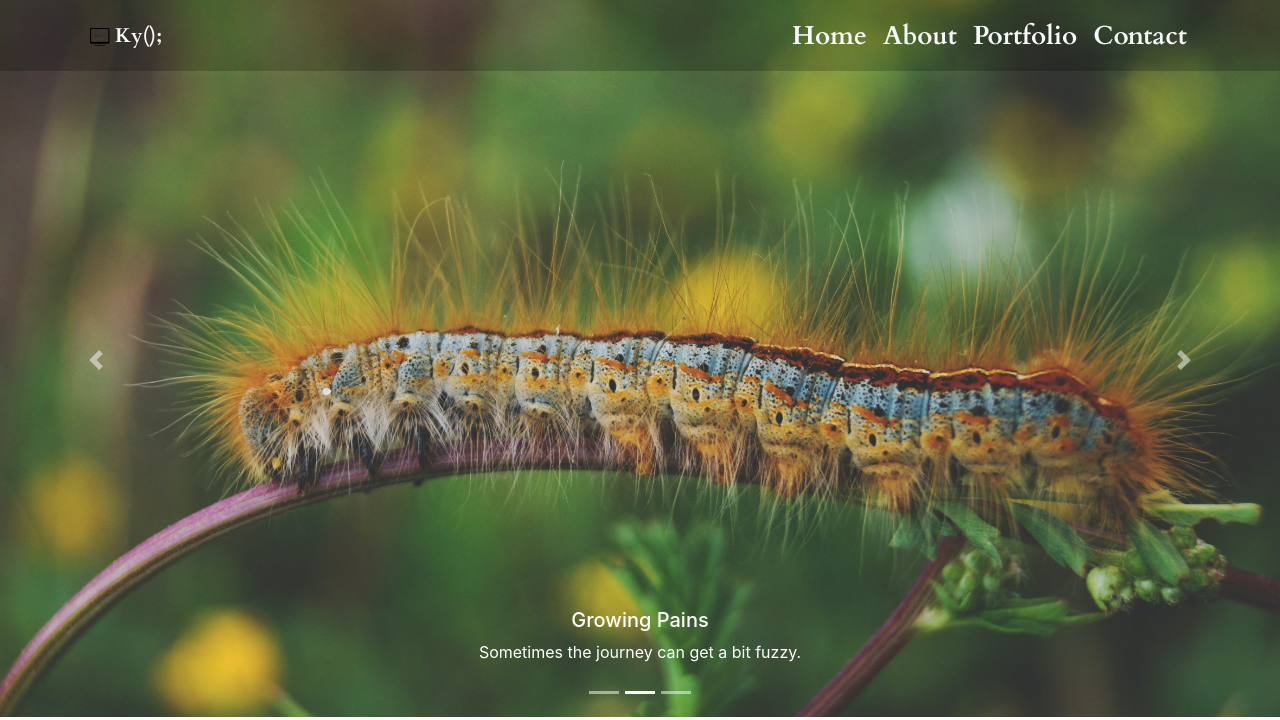
Repository: kkyler24/thekyfunction
Page: index.html
The author's editor kept a copy of each file at every save. The page is drawn from the files as they stood at one save, then again after the next save.
The browser window is 1280 px wide. The pictures show the whole page.
The pointer rests on the first visible `ul li a`.
Some web libraries are served in a nearby version.

Above is the page before, as saved 2020-05-25 16:29:27.

### index.html
<!DOCTYPE html>
<html lang="en">
<head>
    <meta charset="UTF-8">
    <meta name="viewport" content="width=device-width, initial-scale=1.0">
    <!-- bootstrap -->
    <link rel="stylesheet" href="https://maxcdn.bootstrapcdn.com/bootstrap/4.0.0/css/bootstrap.min.css" integrity="sha384-Gn5384xqQ1aoWXA+058RXPxPg6fy4IWvTNh0E263XmFcJlSAwiGgFAW/dAiS6JXm" crossorigin="anonymous">
    <!-- google fonts -->
    <link href="https://fonts.googleapis.com/css2?family=Cardo:ital,wght@0,400;0,700;1,400&display=swap" rel="stylesheet">
    <link  type="text/css" rel="stylesheet" href="home.css"/>
    <title>Ky();</title>
</head>
<body>
        <nav id="navText" class="navbar navbar-expand-lg  fixed-top">
            <div class="container">
                <a class="navbar-brand" href="#"><img src="assets/LogoMakr_3syMQWres.png" alt="..." />Ky();</a>
                <button class="navbar-toggler" type="button" data-toggle="collapse" data-target="#navbarSupportedContent" aria-controls="navbarSupportedContent" aria-expanded="false" aria-label="Toggle navigation">
                  <span class="navbar-toggler-icon"></span>
                </button>
                <div class="collapse navbar-collapse" id="navbarSupportedContent">
                  <ul id="navIdText" class="navbar-nav ml-auto">
                    <li class="nav-item active">
                      <a class="nav-link" href="#">Home </a>
                    </li>
                    <li class="nav-item">
                      <a class="nav-link" href="#">About</a>
                    </li>
                    <li class="nav-item">
                        <a class="nav-link" href="#">Portfolio</a>
                      </li>
                      <li class="nav-item">
                        <a class="nav-link" href="#">Contact</a>
                      </li>
                  </ul>
                </div>
            </div>
          </nav>
    <section id="sectionOne" class="SectionOne"></section>
      <!-- new Caro -->
      <div id="carouselExampleCaptions" class="carousel slide" data-ride="carousel">
        <ol class="carousel-indicators">
            <li data-target="#carouselExampleCaptions" data-slide-to="0" class="active"></li>
            <li data-target="#carouselExampleCaptions" data-slide-to="1"></li>
            <li data-target="#carouselExampleCaptions" data-slide-to="2"></li>
        </ol>
        <div class="carousel-inner">
            <div class="carousel-item active">
                <img src="assets/suzanne-d-williams-VMKBFR6r_jg-unsplash (1).jpg" class="d-block w-100" alt="..." />
                <div class="carousel-caption d-none d-md-block">
                    <div >
                        <h5><a href="#"></a>Where it all began</h5>
                        <p>Change is hard the road always seems long</p>
                    </div>
                </div>
            </div>
            <div class="carousel-item">
                <img src="assets/catepillar.jpg" class="d-block w-100" alt="..." />
                <div class="carousel-caption d-none d-md-block">
                    <h5><a href="#"></a>Growing Pains</h5>
                <p>Sometimes the journey can get a bit fuzzy.</p>
                </div>
            </div>
            <div class="carousel-item">
                <img src="assets/damon-on-road-jJXN1q7ERks-unsplash.jpg" class="d-block w-100" alt="..." />
                <div class="carousel-caption d-none d-md-block">
                    <h5><a href="#"></a>Perfect imperfection</h5>
                <p>The end result may be beautiful, but the journey is something to be proud of</p>
                </div>
            </div>        </div>
    </div>
    <a class="carousel-control-prev" href="#carouselExampleCaptions" role="button" data-slide="prev">
        <span class="carousel-control-prev-icon" aria-hidden="true"></span>
        <span class="sr-only">Previous</span>
    </a>
    <a class="carousel-control-next" href="#carouselExampleCaptions" role="button" data-slide="next">
        <span class="carousel-control-next-icon" aria-hidden="true"></span>
        <span class="sr-only">Next</span>
    </a>
</div>

</body>
<!-- footer -->
<script src="https://code.jquery.com/jquery-3.2.1.slim.min.js" integrity="sha384-KJ3o2DKtIkvYIK3UENzmM7KCkRr/rE9/Qpg6aAZGJwFDMVNA/GpGFF93hXpG5KkN" crossorigin="anonymous"></script>
<script src="https://cdnjs.cloudflare.com/ajax/libs/popper.js/1.12.9/umd/popper.min.js" integrity="sha384-ApNbgh9B+Y1QKtv3Rn7W3mgPxhU9K/ScQsAP7hUibX39j7fakFPskvXusvfa0b4Q" crossorigin="anonymous"></script>
<script src="https://maxcdn.bootstrapcdn.com/bootstrap/4.0.0/js/bootstrap.min.js" integrity="sha384-JZR6Spejh4U02d8jOt6vLEHfe/JQGiRRSQQxSfFWpi1MquVdAyjUar5+76PVCmYl" crossorigin="anonymous"></script>
</html>

### home.css

.carousel-item, body{
height: 100vh;
min-height: 300px;
background: no-repeat center center scroll;
-webkit-background-size:cover;
background-size: cover;
}

#navText{
    font-family: 'Cardo', serif;
    font-size: 26px;
    font-weight: bold;
    background-color: rgb(0, 0, 0, 0.2);

}
.navbar-light .navbar-brand .navbar-light .navbar-nav .active>.nav-link {
    color: #f8f9fa!important;
}

.navbar-nav .nav-link, a{
    color: #f8f9fa!important;
}
ul li a:hover{
    background-color: 211b4385;
}

After the next save:
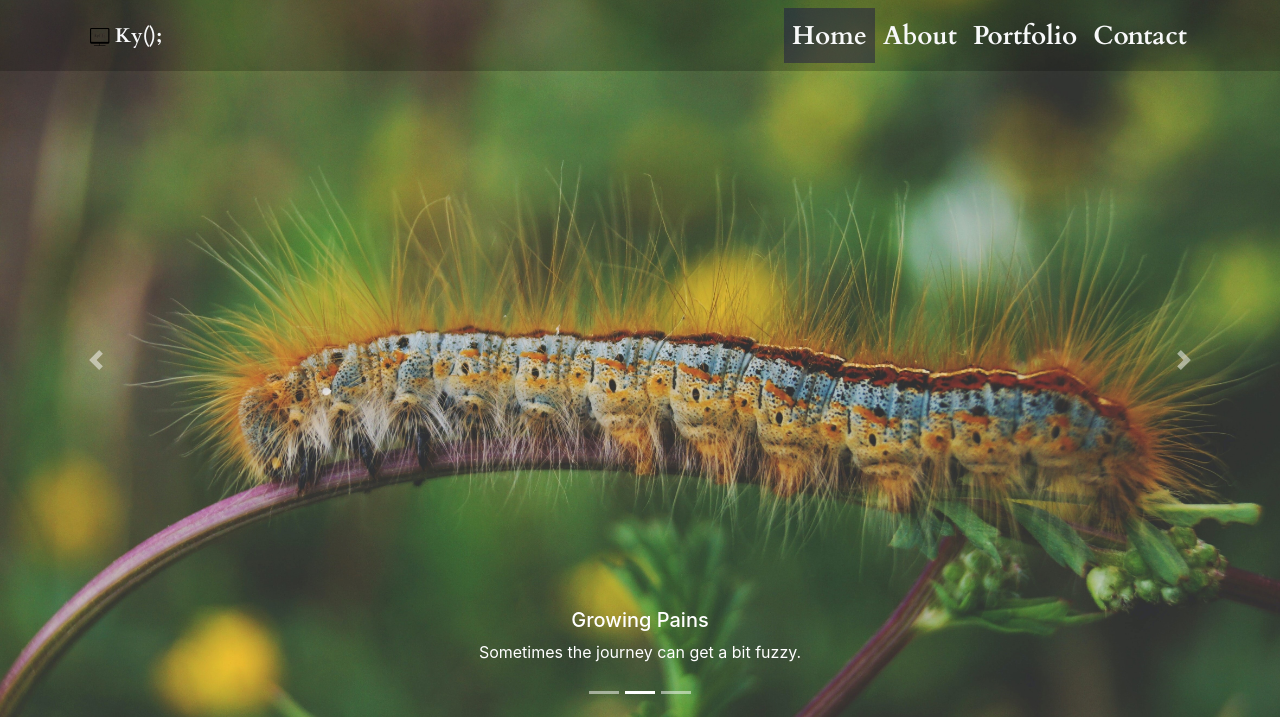
Saved 6 s later.
--- a/home.css
+++ b/home.css
@@ -22,5 +22,5 @@ background-size: cover;
     color: #f8f9fa!important;
 }
 ul li a:hover{
-    background-color: 211b4385;
+    background-color: #211b4385;
 }
